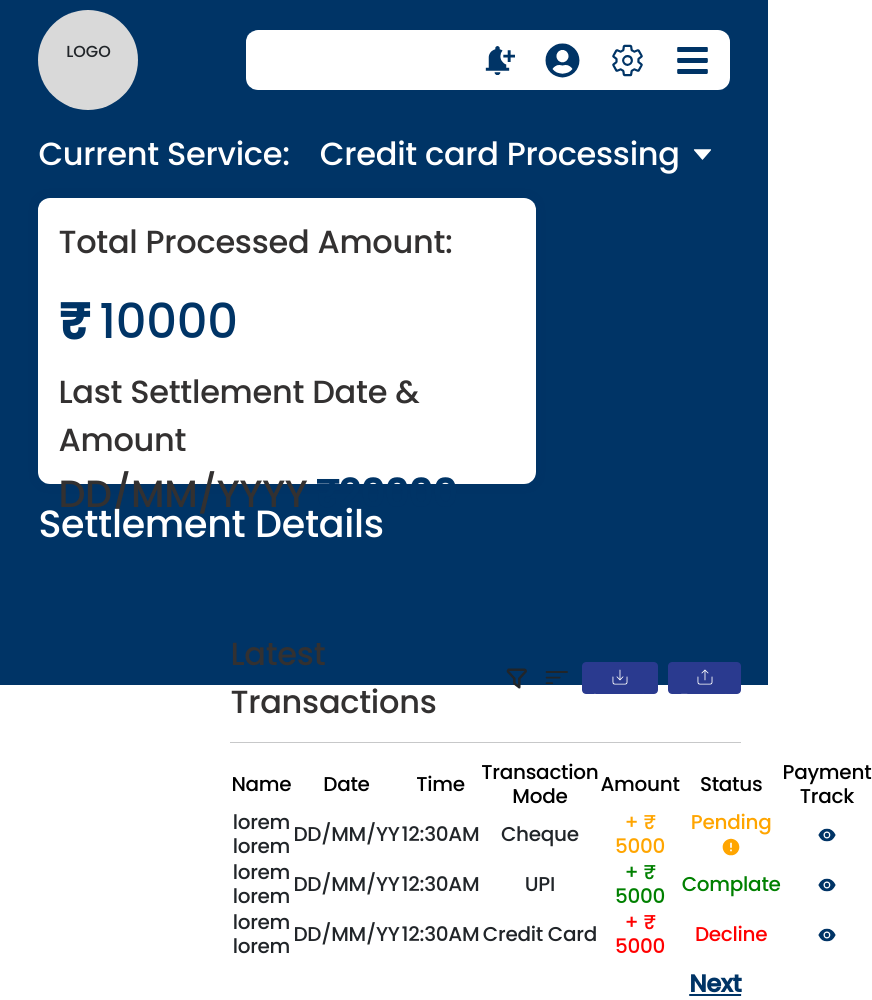
Repository: FlyweisReact/Prashant
Page: /dashboard
An editor plug-in stored every save of this project. The page is shown before and after a run of saves, followed by the edit.
The browser window is 768 px wide. The page is 872 px wide, so the pictures cover 872 px, including what lies to the right of the window. The pictures show the whole page.
Some web libraries are served in a nearby version. The project was rebuilt for these pictures with package versions that can differ from the ones it lists, and the page was loaded fresh each time. Also part of the build but not shown: src/Pages/CryptoPayment.jsx, src/Pages/CurrentCharge.jsx, src/Styles/Login.module.css, src/Components/Login/LoginFirstSection.jsx, src/Components/Login/LoginMainSection.jsx, src/Pages/Login.jsx, src/Pages/MatureFund.jsx, src/Pages/OpenBanking.jsx and 12 more.

Above is the page before, as saved 2023-03-23 18:30:31.

### public/index.html
<!DOCTYPE html>
<html lang="en">
  <head>
    <meta charset="utf-8" />
    <link rel="icon" href="%PUBLIC_URL%/favicon.ico" />
    <meta name="viewport" content="width=device-width, initial-scale=1" />
    <meta name="theme-color" content="#000000" />
    <meta
      name="description"
      content="Web site created using create-react-app"
    />
    <link rel="apple-touch-icon" href="%PUBLIC_URL%/logo192.png" />
    <link rel="manifest" href="%PUBLIC_URL%/manifest.json" />
    <title>React App</title>
  </head>
  <body>
    <noscript>You need to enable JavaScript to run this app.</noscript>
    <div id="root"></div>
  </body>
  <style>
    @import url("https://fonts.googleapis.com/css2?family=Lilita+One&family=PT+Sans&family=Poppins:wght@500&display=swap");
  </style>
  <script src="https://kit.fontawesome.com/b533b351e4.js" crossorigin="anonymous"></script>
</html>

### src/Routes/AllRoutes.jsx
import React from "react";
import { Route, Routes } from "react-router-dom";
import { CryptoPayment } from "../Pages/CryptoPayment";
import { CurrentCharge } from "../Pages/CurrentCharge";
import { Dashboard } from "../Pages/Dashboard";
import { Login } from "../Pages/Login";
import { MatureFund } from "../Pages/MatureFund";
import { OpenBanking } from "../Pages/OpenBanking";
import { OtpPage } from "../Pages/OtpPage";
import { Profile } from "../Pages/Profile";
import { RefundRequest } from "../Pages/RefundRequest";
import { Register } from "../Pages/Register";
import { RegisterTwo } from "../Pages/RegisterTwo";
import { RollingReserve } from "../Pages/RollingReserve";

export const AllRoutes = () => {
  return (
    <Routes>
      <Route path="/" element={<Login />} />
      <Route path="/verify-otp" element={<OtpPage />} />
      <Route path="/dashboard" element={<Dashboard />} />
      <Route path="/register" element={<Register />} />
      <Route path="/detail-register" element={<RegisterTwo />} />
      <Route path="/profile" element={<Profile />} />
      <Route path="/rolling-reserve" element={<RollingReserve />} />
      <Route path="/mature-fund" element={<MatureFund />} />
      <Route path="/refund-request" element={<RefundRequest />} />
      <Route path="/current-charge" element={<CurrentCharge />} />
      <Route path="open-banking-service" element={<OpenBanking />} />
      <Route path="/crypto-payment-proccessing" element={<CryptoPayment />} />
    </Routes>
  );
};

### src/Components/SideBar.jsx
import React from "react";
import { AiFillHome } from "react-icons/ai";
import { Link, useLocation } from "react-router-dom";
import styles from "../Styles/SideBar.module.css";
export const SideBar = () => {
  const { pathname } = useLocation();
  return (
    <div className={styles.SideBarMain}>
      <h1>Welcome Back</h1>
      <div>
        <div>
          <img
            src="https://th.bing.com/th/id/OIP.2i5UaEHaQM3PYAYXQyM1AAAAAA?pid=ImgDet&rs=1"
            alt="img"
          />
          <h1>Pooja Sharma</h1>
          <p>ID:#202031232</p>
          <div className={styles.TotalBudgetDiv}>
            <h1>&#x20b9;</h1>
            <h1>10000</h1>
          </div>
          <p>Monthly Budget</p>
        </div>
      </div>
      <div className={styles.LinkBox}>
        <Link to={"/dashboard"}>
          <div
            className={
              pathname === "/dashboard" ? styles.active : styles.unactive
            }
          >
            <AiFillHome size={25} />
            <p>Dashboard</p>
          </div>
        </Link>
        <Link to={"/rolling-reserve"}>
          <div
            className={
              pathname === "/rolling-reserve" ? styles.active : styles.unactive
            }
          >
            <p>Rolling Reserve</p>
          </div>
        </Link>
        <Link to={"/mature-fund"}>
          <div
            className={
              pathname === "/mature-fund" ? styles.active : styles.unactive
            }
          >
            <p>Mature Funds</p>
          </div>
        </Link>
        <Link to={"/refund-request"}>
          <div
            className={
              pathname === "/refund-request" ? styles.active : styles.unactive
            }
          >
            <p>Refund Request</p>
          </div>
        </Link>
        <Link to={"/current-charge"}>
          <div
            className={
              pathname === "/current-charge" ? styles.active : styles.unactive
            }
          >
            <p>Current Charge Back</p>
          </div>
        </Link>
      </div>
    </div>
  );
};

### src/Components/TotalAmountSection.jsx
import React from "react";
import styles from "../Styles/TotalAmountSection.module.css";
export const TotalAmountSection = () => {
  return (
    <div className={styles.MainDiv}>
      <h1>Total Processed Amount:</h1>
      <div className={styles.TotalBudgetDiv}>
        <h1>&#x20b9;</h1>
        <h1>10000</h1>
      </div>
      <h1>Last Settlement Date & Amount</h1>
      <div className={styles.DateSection}>
        <div>
          <p>DD/MM/YYYY</p>
          <h2>&#x20b9;{20000}</h2>
        </div>
      </div>
    </div>
  );
};

### src/Styles/Dashboard.module.css
/** @format */

.Main {
  width: 100%;
  height: 685px;
  background: #003466;
  position: relative;
}
.topDiv {
  width: 90%;
  margin: auto;
}
.logoSection {
  width: 100%;
  display: flex;
  align-items: center;
  justify-content: space-between;
}
.Logo {
  display: flex;
  cursor: pointer;
  justify-content: center;
  align-items: center;
  width: 135px;
  height: 135px;
  margin-top: 63px;
  background: #d9d9d9;
  border-radius: 50%;
}

.InfoPanel {
  margin-top: 63px;
  width: 85%;
  height: 129px;
  background: #ffffff;
  border-radius: 12px;
  display: flex;
  justify-content: flex-end;
  align-items: center;
}
.InfoPanel > div {
  display: flex;
  gap: 30px;
  margin: 20px;
}
.TotalAmountMainDiv {
  width: 100%;
  height: 500px;
  display: flex;
  justify-content: flex-end;
}
.TotalAmountMainDiv > div > p {
  font-family: "Poppins";
  font-style: normal;
  font-weight: 500;
  font-size: 38px;
  line-height: 60px;
  /* identical to box height */
  margin-top: 10px;
  letter-spacing: -0.28px;
  color: #ffffff;
}
.TotalAmountMainDiv > div {
  width: 72%;
  margin-top: 50px;
}
.TotalAmountMainDiv > div > div > p,
.TotalAmountMainDiv > div > div > div > p {
  font-family: "Poppins";
  font-style: normal;
  font-weight: 500;
  font-size: 32px;
  line-height: 48px;
  /* identical to box height */
  margin: 0;
  letter-spacing: -0.28px;

  color: #ffffff;
}
.TotalAmountMainDiv > div > div {
  display: flex;
  gap: 30px;
}
.TotalAmountMainDiv > div > div > div {
  display: flex;
  align-items: center;
  gap: 10px;
}
.TableMainSection {
  display: flex;
  justify-content: flex-end;
}
.TableMainSection > div {
  width: 70%;
}
.TableMainSection > div > div {
  width: 95%;
}
.TableTitle {
  display: flex;
  align-items: center;
  justify-content: space-between;
}
.TableTitle > h1 {
  font-family: "Poppins";
  font-style: normal;
  font-weight: 500;
  font-size: 32px;
  line-height: 48px;
  /* identical to box height */
  margin: 0;
  letter-spacing: -0.28px;

  color: #333131;
}
.TableTitle > div {
  display: flex;
  align-items: center;
  gap: 10px;
}
.TableTitle > div > button {
  /* width: 80px; */
  height: 32px;
  background: #2a3a8f;
  border: 1px solid #2a3a8f;
  border-radius: 4px;
  color: white;
  font-family: "Poppins";
  font-style: normal;
  font-weight: 400;
  font-size: 16px;
  cursor: pointer;
  line-height: 24px;
  /* margin: 0; */
}
.TableDiv {
  width: 100%;
}
.TableDiv > table {
  width: 100%;
}
.TableDiv > table tr th {
  text-align: center;

  font-family: "Poppins";
  font-style: normal;
  font-weight: 500;
  font-size: 20px;
  line-height: 24px;
  letter-spacing: -0.28px;

  color: #000000;
}
.TableDiv > table tr td {
  height: 40px;
  text-align: center;
  font-family: "Poppins";
  font-style: normal;
  font-weight: 400;
  font-size: 20px;
  line-height: 24px;
  letter-spacing: -0.28px;

  /* color: #272727; */
}
.pending {
  color: orange;
}
.decline {
  color: red;
}
.complate {
  color: green;
}
.NextLink {
  display: flex;
  justify-content: flex-end;
}
.NextLink > a {
  font-family: "Poppins";
  font-style: normal;
  font-weight: 600;
  font-size: 24px;
  line-height: 30px;
  /* identical to box height */
  margin-top: 10px;
  letter-spacing: -0.28px;
  text-decoration-line: underline;

  color: #003466;
}


@media (max-width: 780px) {
  .Logo {
    width: 100px;
    height: 100px;
    margin-top: 10px;
  }
  .InfoPanel{
    margin-top: 10px;
    width: 70%;
    height: 60px;
  }
  .TotalAmountMainDiv{
    display: block;
  }
  .TotalAmountMainDiv > div {
    width: 100%;
    margin-top: 20px;
  }
}

### src/Components/CardProccessingModal.jsx
import React from "react";
import { MdOutlineClose } from "react-icons/md";
import { Link } from "react-router-dom";
import styles from "../Styles/CardProccessingModal.module.css";
export const CardProccessingModal = ({ OpenModal, HandleModal }) => {
  console.log(OpenModal);
  return (
    <div className={OpenModal ? styles.modalVisible : styles.modal}>
      <div className={styles.ModalMainDiv}>
        <MdOutlineClose
          onClick={() => HandleModal()}
          size={25}
          className={styles.CloseICon}
        />
        <div>
          <Link to={""}>Credit Card Processing</Link>
          <hr />
          <Link to={"/open-banking-service"}>Open Banking Service</Link>
          <hr />
          <Link to={"/crypto-payment-proccessing"}>
            Crypto payment processing
          </Link>
        </div>
      </div>
    </div>
  );
};

### src/Components/DeclineModal.jsx
import React from "react";
import { MdOutlineClose } from "react-icons/md";
import styles from "../Styles/DeclineModal.module.css";
import { IoMdCheckmarkCircle } from "react-icons/io";
import { RiErrorWarningFill } from "react-icons/ri";
import { BsCircleFill } from "react-icons/bs";
export const DeclineModal = ({ OpenModal, HandleModal }) => {
  return (
    <div className={OpenModal ? styles.modalVisible : styles.modal}>
      <div className={styles.ModalMainDiv}>
        <MdOutlineClose
          onClick={() => HandleModal()}
          size={25}
          className={styles.CloseICon}
        />
        <div>
          <h1>Payment Details</h1>
          <hr style={{ height: "4px", background: "white" }} />
          <div className={styles.paymentDetailMainDiv}>
            <div className={styles.PaymentDetails}>
              <div>
                <p>Transaction ID:</p>
                <p>545454545</p>
              </div>
              <div>
                <p>To:</p>
                <p>Loren loren Epsom ( Company Name)</p>
              </div>
              <div>
                <p>From:</p>
                <p>Loren loren Epsom (Merchant Company)</p>
              </div>
              <div>
                <p>Transaction Mode:</p>
                <p>Card</p>
              </div>
            </div>
            <div className={styles.paymentTimeline}>
              <p>Payment Timeline</p>
              <div>
                <div className={styles.VerticalLine}></div>
                <div className={styles.PaymentStatus}>
                  <IoMdCheckmarkCircle
                    size={25}
                    className={styles.Icons}
                    color="green"
                  />
                  <p>Payment Started</p>
                </div>
                <div className={styles.PaymentStatus}>
                  <RiErrorWarningFill
                    size={25}
                    className={styles.Icons}
                    color="red"
                  />
                  <p>Payment Failed To complete</p>
                </div>
                <div className={styles.PaymentStatus}>
                  <BsCircleFill
                    size={25}
                    className={styles.Icons}
                    color="white"
                  />
                  <p>Payment Successful</p>
                </div>
              </div>
              <hr />
              <div className={styles.ReasonsDiv}>
                <p>Reason:</p>
                <p> Account Coded (Credit Rating) </p>
              </div>
              <div className={styles.ReasonsDiv}>
                <p>Code:</p>
                <p> 505 </p>
              </div>
              <div className={styles.ReasonsDiv}>
                <p>Description:</p>
                <p>
                  {" "}
                  The account the customer used for the attempted transaction
                  has a negative credit rating.{" "}
                </p>
              </div>
            </div>
          </div>
        </div>
      </div>
    </div>
  );
};

### src/Styles/SideBar.module.css
.SideBarMain{
    position: absolute;
    width: 314px;
/* height: 789px; */
left: 25%px;
top: 35%;
background: #FFFFFF;
border: 1px solid #D9D9D9;
box-shadow: 0px 0px 4px rgba(0, 0, 0, 0.25);
border-radius: 12px;
padding: 10px;
}
.SideBarMain>h1{
    text-align: center;
    font-family: 'Poppins';
font-style: normal;
font-weight: 700;
font-size: 32px;
margin-top: 5px;
letter-spacing: -0.28px;
}
.SideBarMain>div{
    width: 100%;
    display: flex;
    align-items: center;
    justify-content: center;
}
.SideBarMain>div>div{
    text-align: center;
}
.SideBarMain>div>div>img{
    width: 120px;
height: 121px;
    border-radius: 50%;
}
.SideBarMain>div>div>h1{
    font-family: 'Poppins';
font-style: normal;
font-weight: 500;
font-size: 24px;
letter-spacing: -0.28px;
}
.SideBarMain>div>div>p{
    font-family: 'Poppins';
font-style: normal;
margin-top: -10px;
font-weight: 300;
font-size: 20px;
line-height: 30px;
letter-spacing: -0.28px;
color: rgba(0, 0, 0, 0.5);
}
.TotalBudgetDiv{
    display: flex;
    align-items: center;
    gap: 20px;
    margin: 15px;
}
.TotalBudgetDiv>h1:first-child{
    font-family: 'Poppins';
font-style: normal;
font-weight: 700;
font-size: 48px;
line-height: 72px;
letter-spacing: -0.28px;
}
.TotalBudgetDiv>h1{
    font-family: 'Poppins';
    font-style: normal;
    font-weight: 500;
    font-size: 48px;
    line-height: 72px;
    margin: 0;
    letter-spacing: -0.28px;
}
.LinkBox{
    display: flex;
    flex-direction: column;
    margin-top: 20px;
}
.LinkBox>a{
    text-decoration: none;
}
.active{
    width: 250px;
    height: 65px;
    padding-left: 10px;
    padding-right: 10px;
    background: #003466;
    box-shadow: 0px 0px 32px 4px rgba(0, 52, 102, 0.25);
    border-radius: 12px;
    display: flex;
    color: white;
    justify-content: center;
    align-items: center;
    gap: 5px;

}
.unactive{
    width: 250px;
    height: 65px;
    display: flex;

    color:#003466;
    justify-content: center;
    align-items: center;
    gap: 5px;
}
.unactive,.active >p{
    font-family: 'Poppins';
font-style: normal;
font-weight: 500;
font-size: 24px;
line-height: 36px;
letter-spacing: -0.28px;
}

@media (max-width:780px) {
    .SideBarMain{
        display: none;
    }

}

### src/Styles/TotalAmountSection.module.css
.MainDiv{
    display:flex;
    flex-direction: column;
    margin-top: 20px;
    width: 72%;
height: 286px;
background: #FFFFFF;
box-shadow: 0px 0px 10px rgba(0, 52, 102, 0.3);
border-radius: 12px;
}
.MainDiv>h1{
    font-family: 'Poppins';
    font-style: normal;
    font-weight: 500;
    font-size: 32px;
    line-height: 48px;
    letter-spacing: -0.28px;
    color: #333131;
    margin: 20px;
}
.TotalBudgetDiv{
    display: flex;
    align-items: center;
    gap: 30px;
    margin-left: 20px;
  margin-top: -30px;
  margin-bottom: -40px;
}
.TotalBudgetDiv>h1:first-child{
    font-family: 'Poppins';
font-style: normal;
font-weight: 700;
margin: 0;
font-size: 50px;
line-height: 72px;
letter-spacing: -0.28px;
color: #003466;
}
.TotalBudgetDiv>h1{
    font-family: 'Poppins';
    font-style: normal;
    font-weight: 500;
    font-size: 48px;
    line-height: 72px;
    margin: 0;
    letter-spacing: -0.28px;
    color: #003466;
}
.DateSection>div{
    width: 80%;
    margin-top: -50px;
    /* background-color: rebeccapurple; */
    display: flex;
    justify-content: space-between;
    align-items: center;
    margin-left: 20px;
}
.DateSection>div>p{
   font-family: 'Poppins';
font-style: normal;
font-weight: 500;
font-size: 38px;
line-height: 60px;
/* identical to box height */
margin: 0;
letter-spacing: -0.28px;
color: #333131;
}
.DateSection>div>h2{
    margin: 0;
    font-family: 'Poppins';
font-style: normal;
font-weight: 600;
font-size: 38px;
line-height: 60px;
letter-spacing: -0.28px;
color: #003466;
}

### src/Styles/CardProccessingModal.module.css
.modal{
    display: none;
  position: fixed;
  z-index: 1;
  left: 0%;
  top: 0;
  width: 100%;
  height: 100%;
  overflow: auto;
  background-color: rgb(0,0,0);
  background-color: rgba(0,0,0,0.4);
}
.modalVisible{
    display :block;
    position: fixed;
    z-index: 1;
    left: 0%;
    top: 0;
    width: 100%;
    height: 100%;
    /* margin-bottom: 20px; */
    overflow: auto;
    background-color: rgb(0,0,0);
    background-color: rgba(0,0,0,0.4);
}
.CloseICon{
    position: absolute;
    right: 3%;
    top: 5%;
    cursor: pointer;
}
.MainTitle{
    display: flex;
    border: 1px solid blue;
}
.ModalMainDiv{
    position:absolute;
    margin: auto;
    /* width: 435px; */
height: 221px;
background: #FFFFFF;
border-radius: 4px;

    top: 38%;
    left: 60%;

}
.ModalMainDiv>div{
    margin: 30px;
}
.ModalMainDiv>div>a{
    text-decoration: none;
    height: 50px;
    font-family: 'Poppins';
font-style: normal;
font-weight: 500;
font-size: 32px;
line-height: 40px;
letter-spacing: -0.28px;

color: #333333;
}

### src/Styles/PaymentPendingModal.module.css
.modal{
    display: none;
  position: fixed;
  z-index: 1;
  left: 0%;
  top: 0;
  width: 100%;
  height: 100%;
  overflow: auto;
  background-color: rgb(0,0,0);
  background-color: rgba(0,0,0,0.4);
}
.modalVisible{
    display :block;
    position: fixed;
    z-index: 1;
    left: 0%;
    top: 0;
    width: 100%;
    height: 100%;
    /* margin-bottom: 20px; */
    overflow: auto;
    background-color: rgb(0,0,0);
    background-color: rgba(0,0,0,0.4);
}
.CloseICon{
    position: absolute;
    right: 3%;
    top: 3%;
    cursor: pointer;
    color: white;
}
.MainTitle{
    display: flex;
    border: 1px solid blue;
}
.ModalMainDiv{
    position:absolute;
    margin: auto;
width: 980px;
/* height: 681px; */
left: 20%;
top: 8%;

background: #003466;


}
.ModalMainDiv>div{
    margin: 30px;
}
.ModalMainDiv>div>h1{
    font-family: 'Poppins';
    font-style: normal;
    font-weight: 600;
    font-size: 24px;
    line-height: 29px;
    letter-spacing: -0.28px;
    color: #FFFFFF;
}
.paymentDetailMainDiv{
    display: flex;
    gap: 20px;
    margin-top: 20px;
}
.paymentDetailMainDiv>div:first-child{
    width: 50%;
/* height: 426px; */
background: #FFFFFF;
border: 1px solid #D9D9D9;
box-shadow: 0px 0px 4px rgba(0, 0, 0, 0.25);
border-radius: 20px;
}
.paymentDetailMainDiv>div{
    width: 50%;
}

.PaymentDetails>div{
    margin:20px;
    margin-top: 0;
    margin-bottom: 30px;
}

.PaymentDetails>div>p{
    font-family: 'Poppins';
font-style: normal;
margin: 10;
font-weight: 500;
font-size: 20px;
line-height: 24px;
letter-spacing: -0.28px;
color: #003466;
}
.PaymentDetails>div>p:first-child{
    font-weight: 600;
}
.paymentTimeline>p{
    font-family: 'Poppins';
    font-style: normal;
    font-weight: 500;
    font-size: 20px;
    line-height: 24px;
    letter-spacing: -0.28px;
    margin: 0;
    color: #FFFFFF;
}
.paymentTimeline>div{
    position: relative;
}
.PaymentStatus{
    display: flex;
    align-items: center;
    gap: 20px;
}
.PaymentStatus>p{
    font-family: 'Poppins';
font-style: normal;
font-weight: 400;
font-size: 20px;
line-height: 24px;
letter-spacing: -0.28px;
margin-left: 40px;
color: #FFFFFF;
}
.VerticalLine{
    position: absolute;
    border-left:2px dotted white;
    left:3%;
    top: 18%;
    height:130px;
}
.Icons{
    position: absolute;
    left: 0;
}
.ReasonsDiv{
    display: flex;
    gap: 30px;
    margin: 10px;
}

.ReasonsDiv>p:first-child{
    width: 30%;
    font-family: 'Poppins';
    font-style: normal;
    font-weight: 500;
    font-size: 20px;
    line-height: 24px;
    letter-spacing: -0.28px;

    color: #FFFFFF;
    margin: 0;
}
.ReasonsDiv>p:last-child{
    width: 70%;
    font-family: 'Poppins';
    font-style: normal;
    font-weight: 400;
    font-size: 20px;
    line-height: 24px;
    letter-spacing: -0.28px;
    margin: 0;
    color: #FFFFFF;
}
.Note{
    margin-top: 20px;
    width: 128px;
    display: flex;
    justify-content: center;
    align-items: center;
height: 38px;
background: #FFFFFF;
border-radius: 19px;
font-family: 'Poppins';
font-style: normal;
font-weight: 600;
font-size: 24px;
line-height: 29px;
/* identical to box height */

letter-spacing: -0.28px;

color: #003466;

}
.NotesPara{
    width: 100%;
    font-family: 'Poppins';
font-style: normal;
font-weight: 500;
font-size: 19px;
line-height: 24px;
letter-spacing: -0.28px;
color: #FFFFFF;
}

### src/Styles/DeclineModal.module.css
.modal{
    display: none;
  position: fixed;
  z-index: 1;
  left: 0%;
  top: 0;
  width: 100%;
  height: 100%;
  overflow: auto;
  background-color: rgb(0,0,0);
  background-color: rgba(0,0,0,0.4);
}
.modalVisible{
    display :block;
    position: fixed;
    z-index: 1;
    left: 0%;
    top: 0;
    width: 100%;
    height: 100%;
    /* margin-bottom: 20px; */
    overflow: auto;
    background-color: rgb(0,0,0);
    background-color: rgba(0,0,0,0.4);
}
.CloseICon{
    position: absolute;
    right: 3%;
    top: 3%;
    cursor: pointer;
    color: white;
}
.MainTitle{
    display: flex;
    border: 1px solid blue;
}
.ModalMainDiv{
    position:absolute;
    margin: auto;
width: 980px;

left: 20%;
top: 8%;

background: #003466;


}
.ModalMainDiv>div{
    margin: 30px;
}
.ModalMainDiv>div>h1{
    font-family: 'Poppins';
    font-style: normal;
    font-weight: 600;
    font-size: 24px;
    line-height: 29px;
    letter-spacing: -0.28px;
    color: #FFFFFF;
}
.paymentDetailMainDiv{
    display: flex;
    gap: 20px;
    margin-top: 20px;
}
.paymentDetailMainDiv>div:first-child{
    width: 50%;
/* height: 426px; */
background: #FFFFFF;
border: 1px solid #D9D9D9;
box-shadow: 0px 0px 4px rgba(0, 0, 0, 0.25);
border-radius: 20px;
}
.paymentDetailMainDiv>div{
    width: 50%;
}

.PaymentDetails>div{
    margin:20px;
    margin-top: 0;
    margin-bottom: 30px;
}

.PaymentDetails>div>p{
    font-family: 'Poppins';
font-style: normal;
margin: 10;
font-weight: 500;
font-size: 20px;
line-height: 24px;
letter-spacing: -0.28px;
color: #003466;
}
.PaymentDetails>div>p:first-child{
    font-weight: 600;
}
.paymentTimeline>p{
    font-family: 'Poppins';
    font-style: normal;
    font-weight: 500;
    font-size: 20px;
    line-height: 24px;
    letter-spacing: -0.28px;
    margin: 0;
    color: #FFFFFF;
}
.paymentTimeline>div{
    position: relative;
}
.PaymentStatus{
    display: flex;
    align-items: center;
    gap: 20px;
}
.PaymentStatus>p{
    font-family: 'Poppins';
font-style: normal;
font-weight: 400;
font-size: 20px;
line-height: 24px;
letter-spacing: -0.28px;
margin-left: 40px;
color: #FFFFFF;
}
.VerticalLine{
    position: absolute;
    border-left:2px dotted white;
    left:3%;
    top: 18%;
    height:130px;
}
.Icons{
    position: absolute;
    left: 0;
}
.ReasonsDiv{
    display: flex;
    gap: 30px;
    margin: 10px;
}

.ReasonsDiv>p:first-child{
    width: 30%;
    font-family: 'Poppins';
    font-style: normal;
    font-weight: 500;
    font-size: 20px;
    line-height: 24px;
    letter-spacing: -0.28px;

    color: #FFFFFF;
    margin: 0;
}
.ReasonsDiv>p:last-child{
    width: 70%;
    font-family: 'Poppins';
    font-style: normal;
    font-weight: 400;
    font-size: 20px;
    line-height: 24px;
    letter-spacing: -0.28px;
    margin: 0;
    color: #FFFFFF;
}
.Note{
    margin-top: 20px;
    width: 128px;
    display: flex;
    justify-content: center;
    align-items: center;
height: 38px;
background: #FFFFFF;
border-radius: 19px;
font-family: 'Poppins';
font-style: normal;
font-weight: 600;
font-size: 24px;
line-height: 29px;
/* identical to box height */

letter-spacing: -0.28px;

color: #003466;

}
.NotesPara{
    width: 100%;
    font-family: 'Poppins';
font-style: normal;
font-weight: 500;
font-size: 19px;
line-height: 24px;
letter-spacing: -0.28px;
color: #FFFFFF;
}

Loaded but not shown: src/index.css (common file); src/reportWebVitals.js (common file); src/index.js (18 lines, source omitted); src/App.js (13 lines, source omitted); src/Components/Dashboard/UserInfoPopUp.jsx (216 lines, source omitted); src/Pages/Dashboard.jsx (184 lines, source omitted); src/App.css (328 lines, source omitted); src/Components/PaymentPendingModal.jsx (96 lines, source omitted)

After the next 2 saves:
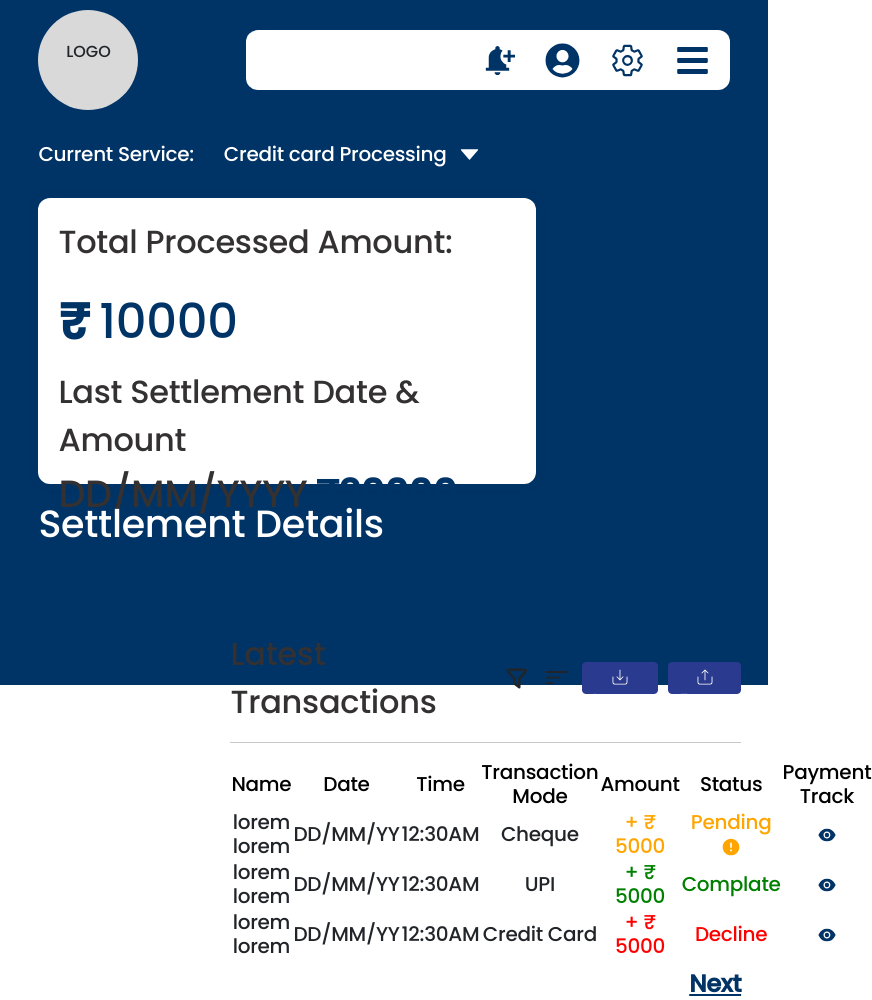
The 2 saves are shown as one change because they came seconds apart.
The last was saved 12 s later.
--- a/src/Styles/Dashboard.module.css
+++ b/src/Styles/Dashboard.module.css
@@ -209,4 +209,8 @@
     width: 100%;
     margin-top: 20px;
   }
-}
+  .TotalAmountMainDiv > div > div > p,
+.TotalAmountMainDiv > div > div > div > p{
+  font-size: 20px;
+}
+}
